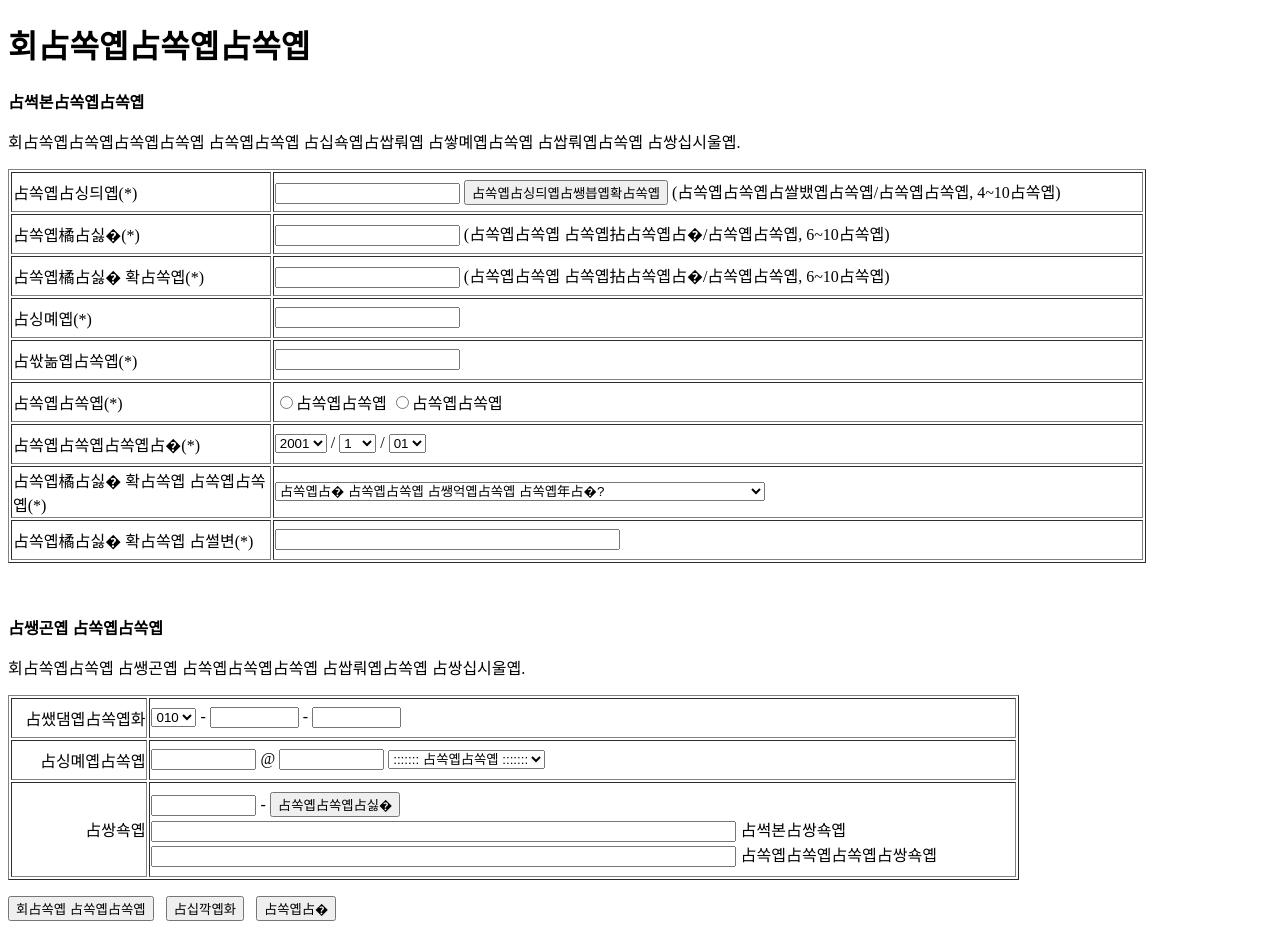
Repository: Leewonhoo/kostaweb
Page: http://localhost/Model2/Register.jsp
The author's editor kept a copy of each file at every save. The page is drawn from the files as they stood at one save, then again after a run of saves.
The browser window is 1280 px wide. The pictures show the whole page.
The page is served by Tomcat 9.

Above is the page before, as saved 2017-09-19 01:31:25.

### Model2/WebContent/Register.jsp
<%@ page language="java" contentType="text/html; charset=UTF-8"
    pageEncoding="EUC-KR"%>
<!DOCTYPE html PUBLIC "-//W3C//DTD HTML 4.01 Transitional//EN" "http://www.w3.org/TR/html4/loose.dtd">
<html>
<head>
<meta http-equiv="Content-Type" content="text/html; charset=EUC-KR">
<title>Insert title here</title>
</head>
<body>
	<h1>ȸ������</h1>
	<p><b>�⺻����</b></p>
	<p>ȸ�������� ���� �ʼ��Է� �׸��� �Է��� �ֽʽÿ�.</p>
	<form name="registerForm" action="controller">
		<table border="1" width="90%">
			<tr height="40px">
				<td width="23%">���̵�(*)</td>
				<td width="800px"><input type="text" name="rId" size="20" maxlength="10">
					<input type="button" value="���̵��ߺ�Ȯ��"> (�����ҹ���/����, 4~10��)</td>
			</tr>
			<tr height="40px">
				<td>��й�ȣ(*)</td>
				<td width="800px">
					<input type="password" name="rPw" size="20" maxlength="10"> (���� ��ҹ���/����, 6~10��)</td>
			</tr>
			<tr height="40px">
				<td>��й�ȣ Ȯ��(*)</td>
				<td width="800px">
					<input type="password" size="20" maxlength="10"> (���� ��ҹ���/����, 6~10��)</td>
			</tr>
			<tr height="40px">
				<td>�̸�(*)</td>
				<td width="800px"><input type="text" name="rName" size="20"></td>
			</tr>
			<tr height="40px">
				<td>�г���(*)</td>
				<td width="800px"><input type="text" name="rNick" size="20" maxlength="10"></td>
			</tr>
			<tr height="40px">
				<td>����(*)</td>
				<td width="800px">
					<input type="radio" name="rGender" value="M">����
					<input type="radio" name="rGender" value="F">����</td>
			</tr>
			<tr height="40px">
				<td>�������(*)</td>
				<td width="800px">
					<select name="rYear">
						<option>2001</option>
						<option>2000</option>
						<option>1999</option>
						<option>1998</option>
						<option>1997</option>
						<option>1996</option>
						<option>1995</option>
						<option>1994</option>
						<option>1993</option>
						<option>1992</option>
						<option>1991</option>
						<option>1990</option>
						<option>1989</option>
						<option>1988</option>
						<option>1987</option>
						<option>1986</option>
						<option>1985</option>
						<option>1984</option>
						<option>1983</option>
						<option>1982</option>
						<option>1981</option>
						<option>1980</option>
						<option>1979</option>
						<option>1978</option>
						<option>1977</option>
						<option>1976</option>
						<option>1975</option>
						<option>1974</option>
						<option>1973</option>
						<option>1972</option>
						<option>1971</option>
						<option>1970</option>
					</select>
				 / <select name="rMonth">
						<option>1</option>
						<option>2</option>
						<option>3</option>
						<option>4</option>
						<option>5</option>
						<option>6</option>
						<option>7</option>
						<option>8</option>
						<option>9</option>
						<option>10</option>
						<option>11</option>
						<option>12</option>
					</select>
				 / <select name="rDay">
						<option>01</option>
						<option>02</option>
						<option>03</option>
						<option>04</option>
						<option>05</option>
						<option>06</option>
						<option>07</option>
						<option>08</option>
						<option>09</option>
						<option>10</option>
						<option>11</option>
						<option>12</option>
						<option>13</option>
						<option>14</option>
						<option>15</option>
						<option>16</option>
						<option>17</option>
						<option>18</option>
						<option>19</option>
						<option>20</option>
						<option>21</option>
						<option>22</option>
						<option>23</option>
						<option>24</option>
						<option>25</option>
						<option>26</option>
						<option>27</option>
						<option>28</option>
						<option>29</option>
						<option>30</option>
						<option>31</option>
					</select>
				</td>
			</tr>
			<tr height="40px">
				<td>��й�ȣ Ȯ�� ����(*)</td>
				<td width="800px">
					<select name="rQuestion">
						<option value="1">��￡ ���� �߾��� ��Ҵ�?</option>
						<option value="2">�����ϴ� �ι���?</option>
						<option value="3">�����ϴ� ������?</option>
						<option value="4">�����ϴ� �۱ʹ�?</option>
						<option value="5">�ϰ���� ������ �� �� �ϴ� ǥ����?</option>
					</select>
				</td>
			</tr>
			<tr height="40px">
				<td>��й�ȣ Ȯ�� �亯(*)</td>
				<td width="800px"><input type="text" name="rAnswer" size="40"></td>
			</tr>
		</table>

		<br><br>
		<p><b>�߰� ����</b></p>
		<p>ȸ���� �߰� ������ �Է��� �ֽʽÿ�.</p>
		<table border="1" width="80%">  <!-- left margin �߰� -->
			<tr height="40px">
				<td align="right">�޴���ȭ</td>
				<td>
					<select name="rMobile1">
						<option>010</option>
						<option>011</option>
						<option>070</option>
				</select>
				 - <input type="text" name="rMobile2" size="8">
				 - <input type="text" name="rMobile3" size="8">
				</td>
			</tr>
			<tr height="40px">
				<td align="right">�̸���</td>
				<td><input type="text" name="rEmail1" size="10">
				 @ <input type="text" name="rEmail2" size="10">
				 <select name="rDomain">
						<option>::::::: ���� :::::::</option>
						<option>chol.com</option>
						<option>daum.net</option>
						<option>dreamwiz.com</option>
						<option>empal.com</option>
						<option>gmail.com</option>
						<option>hanmail.net</option>
						<option>hanmir.com</option>
						<option>hanafos.com</option>
						<option>hotmail.com</option>
						<option>lycos.co.kr</option>
						<option>nate.com</option>
						<option>naver.com</option>
						<option>paran.com</option>
						<option>yahoo.co.kr</option>
						<option>�����Է�</option>
				</select>
				</td>
			</tr>
			<tr height="95px">
				<td align="right">�ּ�</td>
				<td><input type="text" name="rPostal" size="10">
				 - <input type="button" value="�����ȣ"><br>
				 <input type="text" name="rAddress1" size="70"> �⺻�ּ�<br>
				 <input type="text" name="rAddress2" size="70"> �������ּ�</td>
			</tr>
		</table>
		<p>
				<input type="hidden" name="action" value="register">
				<input type="submit" value="ȸ�� ����">
				<span>&nbsp;</span>
				<input type="reset" value="�ʱ�ȭ">
				<span>&nbsp;</span>
				<input type="button" value="���">
		</p>
	</form>
</body>
</html>

After the next 2 saves:
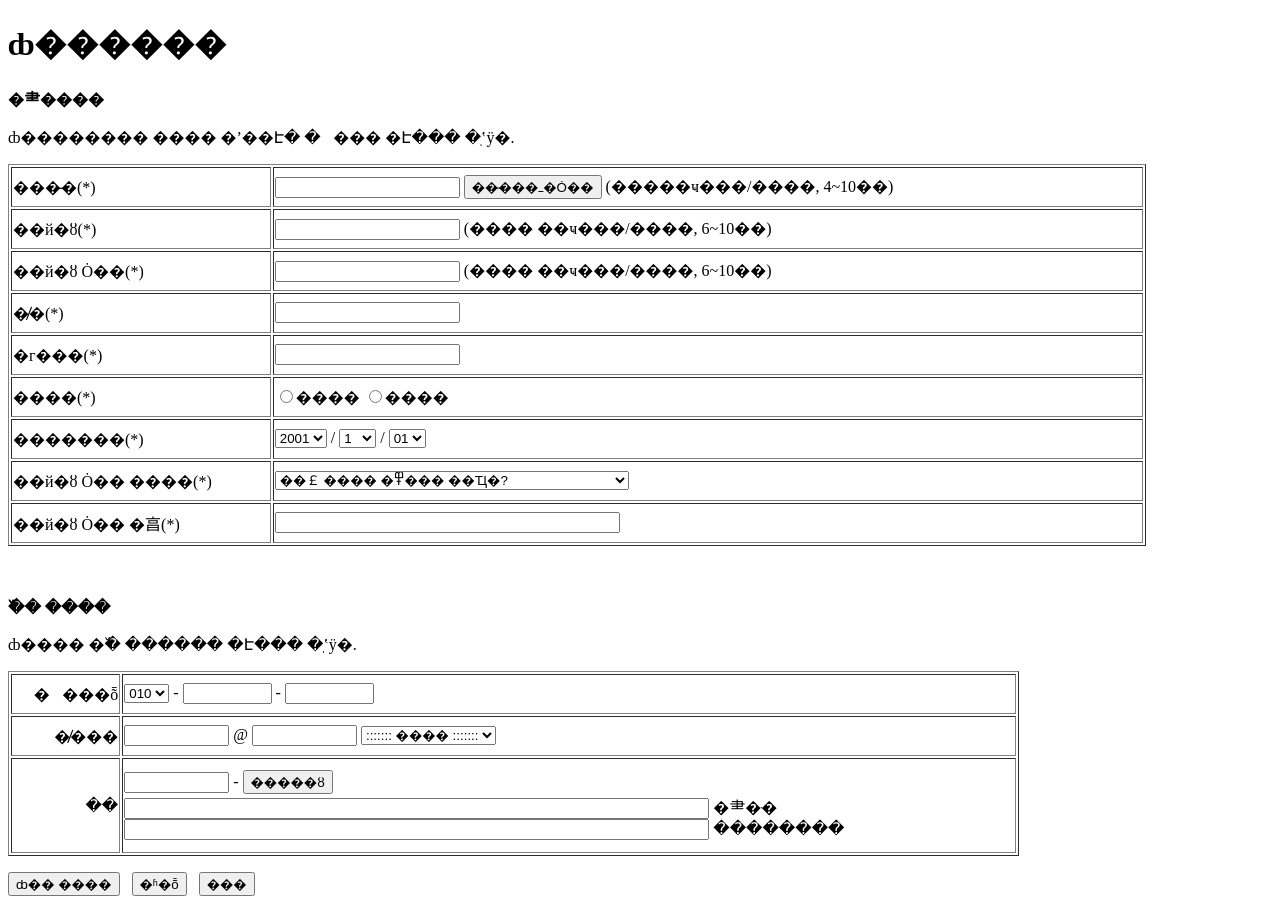
The 2 saves are shown as one change because they came seconds apart.
The last was saved 9 s later.
--- a/Model2/WebContent/Register.jsp
+++ b/Model2/WebContent/Register.jsp
@@ -1,5 +1,5 @@
 <%@ page language="java" contentType="text/html; charset=UTF-8"
-    pageEncoding="EUC-KR"%>
+    pageEncoding="UTF-8"%>
 <!DOCTYPE html PUBLIC "-//W3C//DTD HTML 4.01 Transitional//EN" "http://www.w3.org/TR/html4/loose.dtd">
 <html>
 <head>
